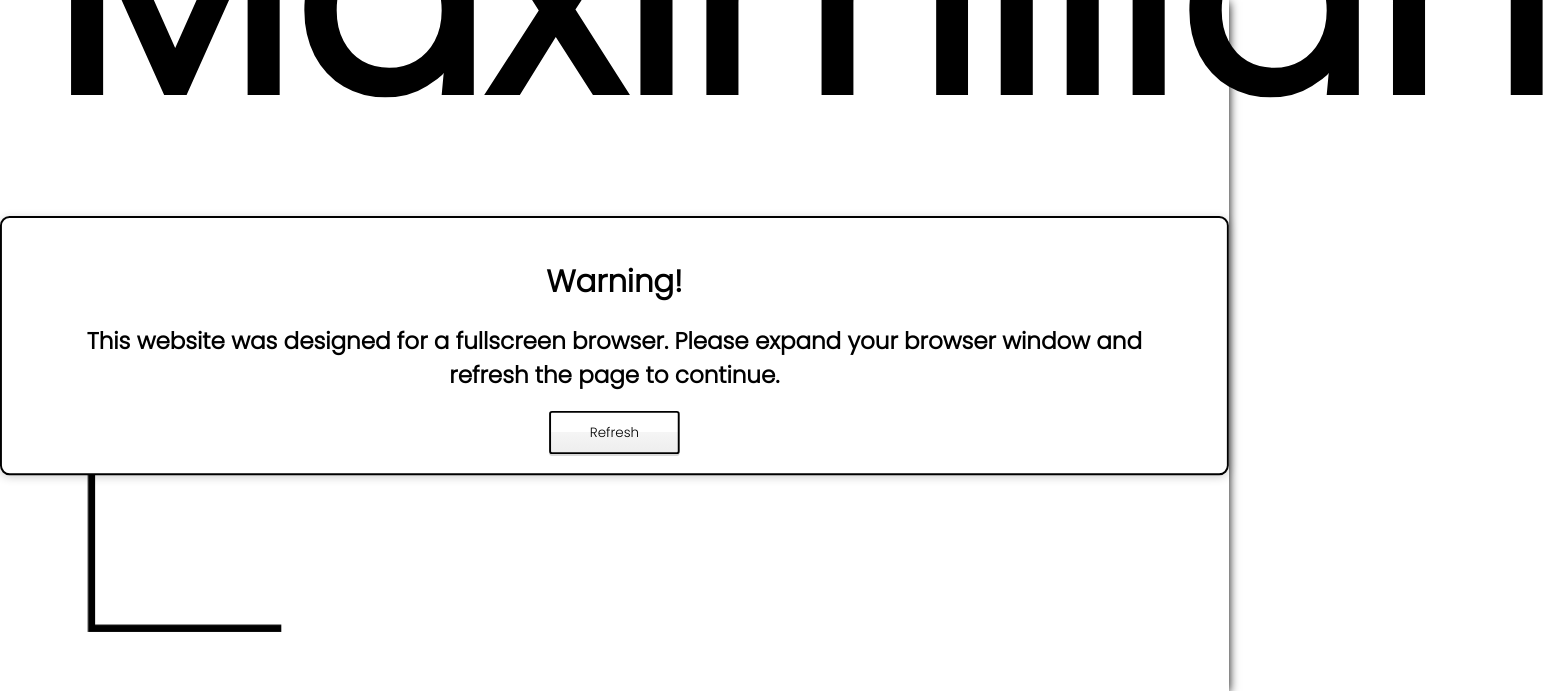
Repository: notMaximilian/maximilianaquino.github.io
Page: index.html
These files come from the project's save history. The page is drawn as it stood at one moment and after the next save; the edit follows.
The browser window is 1280 px wide. The page is 1617 px wide, then 1423 px, so the pictures cover 1617 px, including what lies to the right of the window. The pictures show the whole page, at 96% of full size.

Above is the page before, as saved 2022-02-04 09:46:31.
Console error: TypeError: Cannot read properties of null (reading 'style')

### index.html
<!DOCTYPE html>
<html lang="en">

<head>
  <meta charset="UTF-8">
  <meta name="viewport" content="width=device-width, initial-scale=1.0">
  <title>Max Aquino</title>
  <link rel="preconnect" href="https://fonts.googleapis.com">
  <link rel="preconnect" href="https://fonts.gstatic.com" crossorigin>
  <link href="https://fonts.googleapis.com/css2?family=Poppins:wght@300&display=swap" rel="stylesheet">
  <link rel="stylesheet" href="css/main.css">
</head>

<body>

  <div class="intro">
    <h1 class="name-header">
      <span class="name">Max</span><span class="name">imilian</span>
    </h1>
  </div>


  </div>


  <div class="wrap">
    <div class="game-wrapper">
      <div class="game"></div>

      <h1 id="max">Maximilian</h1>

      <img class="corners" src="img/corner-test.png">

      <div class="congratulations">
        <h1>Warning!</h1>
        <h2>This website was designed for a fullscreen browser. Please expand your browser window and refresh the page to continue. </h2>
        <button class="btn" onclick="window.location.reload()">Refresh</button>
      </div>
      <div class="game-over">
        <h1>GAME OVER</h1>
        <h2>You lost the game</h2>
        <button class="btn" onclick="window.location.reload()">Restart</button>
      </div>
    </div>
  </div>

  <!-- Maximilian Fade in and out -->


  <script src="js/app.js"></script>
  <!-- <script src="js/game.js"></script> -->
</body>

</html>

### css/main.css
html,
body {
  height: 100%;
  overflow: hidden;
}

body {
  margin: 0;
  font: 16px sans-serif;
}

.wrap {
  display: flex;
  flex-direction: column;
  height: 100%;
}


.game-wrapper {
  flex: 1;
  display: flex;
  justify-content: center;
  align-items: center;
  background: #ffffff;
}
.game {
  width: 100%;
  height: 100%;

  box-shadow: 0 2px 10px black;
  position: absolute;
}

@keyframes scroll-background {
  from {
    background-position-y: 0px;
  }
  to {
    background-position-y: 256px;
  }
}

.game .enemy {
  position: absolute;
  margin-left: -20px;
  margin-top: -18px;
  width: 40px;
}

.game .player {
  position: absolute;
  margin-left: -20px;
  width: 40px;
}

.game .laser {
  position: absolute;
  margin-left: -2.5px;
  height: 30px;
}

.game .enemy-laser {
  position: absolute;
  margin-left: -2.5px;
  height: 30px;
}

.congratulations {
  display: none;
  position: absolute;
  background: #ffffff;
  color: black;
  padding: 20px 50px;
  box-shadow: 0 2px 10px rgba(0, 0, 0, 0.2);
  border: 2px solid black;
  border-radius: 10px;
  text-align: center;
  animation: pop-in 1s;
  font-family: "Poppins", sans-serif;
}

.game-over {
  display: none;
  position: absolute;
  background: #6b1818;
  color: white;
  padding: 20px 50px;
  box-shadow: 0 2px 10px rgba(0, 0, 0, 0.2);
  border-radius: 10px;
  text-align: center;
  animation: pop-in 1s;
}

.btn {
  border: 2px solid black;
  border-radius: 3px;
  box-shadow: 0 2px rgba(0, 0, 0, 0.15);
  background: linear-gradient(
    to bottom,
    #fff 0%,
    #fff 49%,
    #f5f5f5 50%,
    #eee 100%
  );
  padding: 10px 40px;
  font-family: "Poppins", sans-serif;
  font-size: 14px;
}
@keyframes pop-in {
  0% {
    opacity: 0;
    transform: translate(0, -100px);
  }
  10% {
    opacity: 1;
  }
  50% {
    transform: translate(0, 30px);
  }
  100% {
    transform: translate(0, 0);
  }
}

.intro{
  position: fixed;
  z-index: 1;
  left: 0;
  top: 0;
  width: 100%;
  height: 100vh;
  background-color: black;
  transition: 1s;
}

.name-header{
  position: absolute;
  top: 40%;
  left: 50%;
  transform: translate(-50%, -50%);
  color: #ffffff;
}

.intro h1{
  font-family: "Poppins", sans-serif;
  font-size: 80px;
  margin: 0;
  padding: 0;
}

.name{
  position: relative;
  display: inline-block;
  bottom: -20px;
  opacity: 0;
}

.name.active{
  bottom: 0;
  opacity: 1;
  transition: ease-in-out 0.5s;
}

.name.fade{
  bottom: 150px;
  opacity: 0;
  transition: ease-in-out 0.5s;
}

.corners{
  width: 16vw;
  height: auto;
  transform: translate(-35vw, 26vh);
}

#max{
  position: absolute;
  left: 50px;
  top: -60vh;
  font-family: "Poppins", sans-serif;
  font-size: 300px;
}

### js/app.js
const KEY_CODE_LEFT = 37;
const KEY_CODE_RIGHT = 39;
const KEY_CODE_SPACE = 32;
let inverted = false;
const WINDOW_WIDTH = window.innerWidth - 50;
const WINDOW_HEIGHT = window.innerHeight;

const ROCKET_WIDTH = 20;
const ROCKET_MAX_SPEED = 300.0;
const LASER_MAX_SPEED = 600.0;
const LASER_COOLDOWN = 0.5;
let rocketSpawn = false;
const HEADERS_PER_ROW = 10;
const HEADER_HORIZONTAL_PADDING = 80;
const HEADER_VERTICAL_PADDING = 70;
const HEADER_VERTICAL_SPACING = 80;
const HEADER_COOLDOWN = 5.0;


const WINDOW_STATE = {
    lastTime: Date.now(),
    leftPressed: false,
    rightPressed: false,
    spacePressed: false,
    rocketX: WINDOW_WIDTH / 2,
    rocketY: WINDOW_HEIGHT - 300,
    rocketCooldown: 0,
    lasers: [],
    headers: [],
    headerLasers: [],
    fullscreen: false
  };

function setSize($element, width){
    $element.style.width = `${width}vw`;
    $element.style.height = "auto";
  }

function setPosition(el, x, y) {
    if(el == null){console.log('NULL')
    return;}
    el.style.transform = `translate(${x}px, ${y}px)`;
}

function setHeaderPosition(el, x, y) {
  if(el == null){console.log('NULL')
  return;}
  el.style.transform = `translate(${x}vw, ${y}vh)`;
}

// create user controlled rocket for selecting header elements
function createRocket($container) {
    rocketSpawn = true;
    const $rocket = document.createElement("img");
    if(inverted == true){$rocket.src = "img/rocket-inverted.png";}
    else{$rocket.src = "img/rocket.png";}
    $rocket.className = "rocket";
    if (WINDOW_WIDTH + 50 == 1920){
      setSize($rocket,9)
    }
    else{
      setSize($rocket, 7)
    }

    WINDOW_STATE.rocketY = 440;
    $container.appendChild($rocket);
}

function destroyRocket($container, rocket) {
    rocketSpawn = false;
    $container.removeChild(rocket);
    WINDOW_STATE.finalState = true;
    const audio = new Audio("sound/sfx-lose.ogg");
    audio.play();
}

function sleep(milliseconds) {
  var start = new Date().getTime();
  for (var i = 0; i < 1e7; i++) {
    if ((new Date().getTime() - start) > milliseconds){
      break;
    }
  }
}


function rectsIntersect(r1, r2) {
    return !(
        r2.left > r1.right ||
        r2.right < r1.left ||
        r2.top > r1.bottom ||
        r2.bottom < r1.top
    );
}



function clamp(v, min, max) {
    if (v < min) {
      return min;
    } else if (v > max) {
      return max;
    } else {
      return v;
    }
}

function rand(min, max) {
    // if (min === undefined) min = 0;
    // if (max === undefined) max = 1;
    // return min + Math.random() * (max - min);
  }

  function updateRocket(dt, $container) {
    if (WINDOW_STATE.leftPressed) {
      WINDOW_STATE.rocketX -= dt * ROCKET_MAX_SPEED;
    }
    if (WINDOW_STATE.rightPressed) {
      WINDOW_STATE.rocketX += dt * ROCKET_MAX_SPEED;
    }



    WINDOW_STATE.rocketX = clamp(
      WINDOW_STATE.rocketX,
      ROCKET_WIDTH,
      WINDOW_WIDTH - ROCKET_WIDTH
    );


    if (WINDOW_STATE.spacePressed && WINDOW_STATE.rocketCooldown <= 0) {
      createLaser($container, WINDOW_STATE.rocketX - 79,  WINDOW_STATE.rocketY-20);
      console.log(WINDOW_STATE.rocketX)
      WINDOW_STATE.rocketCooldown = LASER_COOLDOWN;
    }
    if (WINDOW_STATE.rocketCooldown > 0) {
      WINDOW_STATE.rocketCooldown -= dt;
    }

    const rocket = document.querySelector(".rocket");
    if(rocket == null){return;}
    setPosition(rocket, WINDOW_STATE.rocketX, WINDOW_STATE.rocketY + 200);
  }

  function createLaser($container, x, y) {
    if(rocketSpawn == false) {return;}
    const $element = document.createElement("img");
    console.log($element)
    if(inverted == true){$element.src="img/laser-inverted.png"}
    else{$element.src = "img/laser.png";}
    $element.className = "laser";
    $element.style.position = "absolute"
    $container.appendChild($element);
    const laser = { x, y, $element };
    WINDOW_STATE.lasers.push(laser);
    const audio = new Audio("sound/sfx-laser1.ogg");
    audio.play();
    setPosition($element, x, y);
  }

  function destroyHeader($container, header) {
    $container.removeChild(header.$element);
    header.isDead = true;
  }

  function destroyAll($container){
    const background = document.querySelector(".game-wrapper");
    background.style.background = 'white';
    const headers = WINDOW_STATE.headers;
    for (let x = 0; x < headers.length; x++){
      let head = headers[x];
      if (head.dead == true){continue}
      head.$element.style.opacity = 0;
      head.$element.style.transition = 'ease-in-out 0.5s';
      destroyHeader($container, head)
    }
    // destroyLaser($container, laser);
    const rocket = document.querySelector('.rocket')
    rocket.style.opacity = 0;
    rocket.style.transition = 'ease-in-out 0.5s'
    destroyRocket($container, rocket)
    WINDOW_STATE.lasers = WINDOW_STATE.lasers.filter(e => !e.isDead);
  }

  function updateLasers(dt, $container) {
    if(rocketSpawn == false) {return;}
    const lasers = WINDOW_STATE.lasers;
    for (let i = 0; i < lasers.length; i++) {
      const laser = lasers[i];
      laser.y -= dt * LASER_MAX_SPEED;
      if (laser.y < 0) {
        destroyLaser($container, laser);
      }
      setPosition(laser.$element, laser.x, laser.y);
      const r1 = laser.$element.getBoundingClientRect();
      const headers = WINDOW_STATE.headers;
      for (let j = 0; j < headers.length; j++) {
        const header = headers[j];
        if (header.isDead) continue;
        const r2 = header.$element.getBoundingClientRect();
        if (rectsIntersect(r1, r2)) {
          if (header.name == 'more' || header.name == 'back'){

              for (let x = 0; x < headers.length; x++){
              let head = headers[x];
              if (head.dead == true){continue}
              head.$element.style.opacity = 0;
              head.$element.style.transition = 'ease-in-out 0.5s';
              destroyHeader($container, head)
            }
            destroyLaser($container, laser);

            const rocket = document.querySelector('.rocket')
            rocket.style.opacity = 0;
            rocket.style.transition = 'ease-in-out 0.5s'
            destroyRocket($container, rocket)

            console.log(inverted)
            if(inverted == false){
              setTimeout(()=>{
                initInvert($container)
              },10)
            }
            else{
              setTimeout(()=>{
                init()
              },10)
            }
            WINDOW_STATE.lasers = WINDOW_STATE.lasers.filter(e => !e.isDead);
            return;
          }
        if (header.name == 'project'){
          WINDOW_STATE.fullscreen = false;
        }
          destroyHeader($container, header);

          break;
        }
      }
    }
    WINDOW_STATE.lasers = WINDOW_STATE.lasers.filter(e => !e.isDead);
  }

function destroyLaser($container, laser) {
    console.log('attempting to destroy')
    $container.removeChild(laser.$element);
    laser.isDead = true;
}

function createHeader($container, name, x, y, i, size) {

    let $element = document.createElement("img");
    let img = i;
    $element.src = img;
    $element.className = "header";
    $element.style.position = "absolute";
    setHeaderPosition($element, x, y);
    setSize($element, size)
    $element.style.transition = "all .2s ease-in-out";


    let header = {
        x,
        y,
        cooldown: rand(0.5, HEADER_COOLDOWN),
        $element,
        name,
        dead: false
    };

    // header.$element.addEventListener('mouseenter', ()=>{
    //   if (name == "about"){
    //     $element.style.width = "450px";
    //   }
    //   else if(name == "skills"){
    //     $element.style.width = "230px"
    //   }
    //   else if(name == "project"){
    //     $element.style.width = "350px"
    //   }
    //   else if(name == "more"){
    //     $element.style.width = "250px"
    //   }
    // })

    // header.$element.addEventListener('mouseleave', ()=>{
    //   if (name == "about"){
    //     $element.style.width = "400px"
    //   }
    //   else if(name == "skills"){
    //     $element.style.width = "180px"
    //   }
    //   else if(name == "project"){
    //     $element.style.width = "300px"
    //   }
    //   else if(name == "more"){
    //     $element.style.width = "200px"
    //   }

    // })

    $container.appendChild($element);
    WINDOW_STATE.headers.push(header);
  }

  function updateHeaders(dt, $container) {
    const dx = Math.sin(WINDOW_STATE.lastTime / 1000.0) * 50;
    const dy = Math.cos(WINDOW_STATE.lastTime / 1000.0) * 10;

    const headers = WINDOW_STATE.headers;
    for (let i = 0; i < headers.length; i++) {
      const header = headers[i];
      const x = header.x + dx;
      const y = header.y + dy;
    //   setPosition(header.$element, x, y);
      header.cooldown -= dt;
      if (header.cooldown <= 0) {
        createHeaderLaser($container, x, y);
        header.cooldown = HEADER_COOLDOWN;
      }
    }
    WINDOW_STATE.headers = WINDOW_STATE.headers.filter(e => !e.isDead);
  }



  function createHeaderLaser($container, x, y) {
    const $element = document.createElement("img");
    $element.src = "img/laser-red-5.png";
    $element.className = "header-laser";
    $container.appendChild($element);
    const laser = { x, y, $element };
    WINDOW_STATE.headerLasers.push(laser);
    setPosition($element, x, y);
  }

  function updateheaderLasers(dt, $container) {
    const lasers = WINDOW_STATE.headerLasers;
    for (let i = 0; i < lasers.length; i++) {
      const laser = lasers[i];
      laser.y += dt * LASER_MAX_SPEED;
      if (laser.y > WINDOW_HEIGHT) {
        destroyLaser($container, laser);
      }
      setPosition(laser.$element, laser.x, laser.y);
      const r1 = laser.$element.getBoundingClientRect();
      const rocket = document.querySelector(".rocket");
      const r2 = rocket.getBoundingClientRect();
      if (rectsIntersect(r1, r2)) {
        // Rocket was hit
        destroyRocket($container, rocket);
        break;
      }
    }
    WINDOW_STATE.headerLasers = WINDOW_STATE.headerLasers.filter(e => !e.isDead);
  }

  function init() {
    document.body.style.zoom = (window.innerWidth / window.outerWidth)
    inverted = false;
    const width = WINDOW_WIDTH + 50;
    const background = document.querySelector(".game-wrapper");
    console.log(width);
    if (width >= 1920){
      // background.style.backgroundImage = "url('img/background-white.png')";
      WINDOW_STATE.fullscreen = true;
    }
    else if (width == 1366){
      // background.style.backgroundImage = "url('img/background-white-1366x768.png')";
      WINDOW_STATE.fullscreen = true;
    }
    else{
      WINDOW_STATE.fullscreen == false
      document.querySelector(".congratulations").style.display = "block";
      return;
    }


    const $container = document.querySelector(".game");
    createRocket($container);
    createHeader($container, 'project', 10 -2.5, 20 , 'img/card2.png', 17);
    createHeader($container, 'about', 30 -2.5, 18, 'img/card1.png', 23);
    createHeader($container, 'skills', 56 -2.5, 19.5, 'img/card5.png', 10);
    createHeader($container, 'more', 70 -2.5, 19.5, 'img/card4.png', 10);
  }

  function initInvert($container,x ,y){
    inverted = true;
    const background = document.querySelector(".game-wrapper");
    const width = WINDOW_WIDTH + 50;
    console.log(width)
    if (width >= 1920){
      background.style.backgroundImage = "url('img/background-black.png')";
      WINDOW_STATE.fullscreen = true;
    }
    else if (width == 1366){
      background.style.backgroundImage = "url('img/background-black-1366x768.png')";
      WINDOW_STATE.fullscreen = true;
    }
    else{
      WINDOW_STATE.fullscreen == false
      document.querySelector(".congratulations").style.display = "block";
      return;
    }
    createRocket($container);
    createHeader($container, '2', 10 -2.5, 20 , 'img/inverted-card2.png', 17);
    createHeader($container, '1', 30 -2.5, 18 , 'img/inverted-card1.png', 23);
    createHeader($container, '3', 56 -2.5, 19.5 , 'img/inverted-card5.png', 10);
    createHeader($container, 'back', 70 -2.5, 19.5, 'img/inverted-card4.png', 10);
  }


  function rocketHasWon() {
    // return WINDOW_STATE.headers.length === 0;
  }


  function update(e) {
    const currentTime = Date.now();
    const $container = document.querySelector(".game");

    const dt = (currentTime - WINDOW_STATE.lastTime) / 1000.0;

    if (WINDOW_STATE.fullscreen == false) {
      destroyAll($container)
      // document.querySelector(".congratulations").style.display = "block";

      return;
    }

    // if (rocketHasWon()) {
    //   document.querySelector(".congratulations").style.display = "block";

    //   return;
    // }


    updateRocket(dt, $container);
    updateLasers(dt, $container);
    updateHeaders(dt, $container);
    updateheaderLasers(dt, $container);

    WINDOW_STATE.lastTime = currentTime;
    window.requestAnimationFrame(update);
  }

  function onKeyDown(e) {
    if (e.keyCode === KEY_CODE_LEFT ) {
      WINDOW_STATE.leftPressed = true;
    } else if (e.keyCode === KEY_CODE_RIGHT) {
      WINDOW_STATE.rightPressed = true;
    } else if (e.keyCode === KEY_CODE_SPACE) {
      WINDOW_STATE.spacePressed = true;
    }
  }

  function onKeyUp(e) {
    if (e.keyCode === KEY_CODE_LEFT) {
      WINDOW_STATE.leftPressed = false;
    } else if (e.keyCode === KEY_CODE_RIGHT) {
      WINDOW_STATE.rightPressed = false;
    } else if (e.keyCode === KEY_CODE_SPACE) {
      WINDOW_STATE.spacePressed = false;
    }
  }


intro = document.querySelector('.intro')
let name = document.querySelector('.name-header')
let logoSpan = document.querySelectorAll('.name')

 window.addEventListener('DOMContentLoaded', () =>{

    setTimeout(()=>{
        logoSpan.forEach((span, idx)=>{
            setTimeout(()=>{
                span.classList.add('active')
            }, (idx + 1) * 400)
        })


        setTimeout(()=>{
            logoSpan.forEach((span, idx)=>{
                setTimeout(()=>{
                    span.classList.remove('active')
                    span.classList.add('fade')
                }, (idx + 1) * 400)
            })
        },2000)

        setTimeout(()=>{
            intro.style.top = '-100vh';
            window.addEventListener("keydown", onKeyDown);
            window.addEventListener("keyup", onKeyUp);
            window.requestAnimationFrame(update);
            init();
        }, 2300)

    })
 })

After the next save:
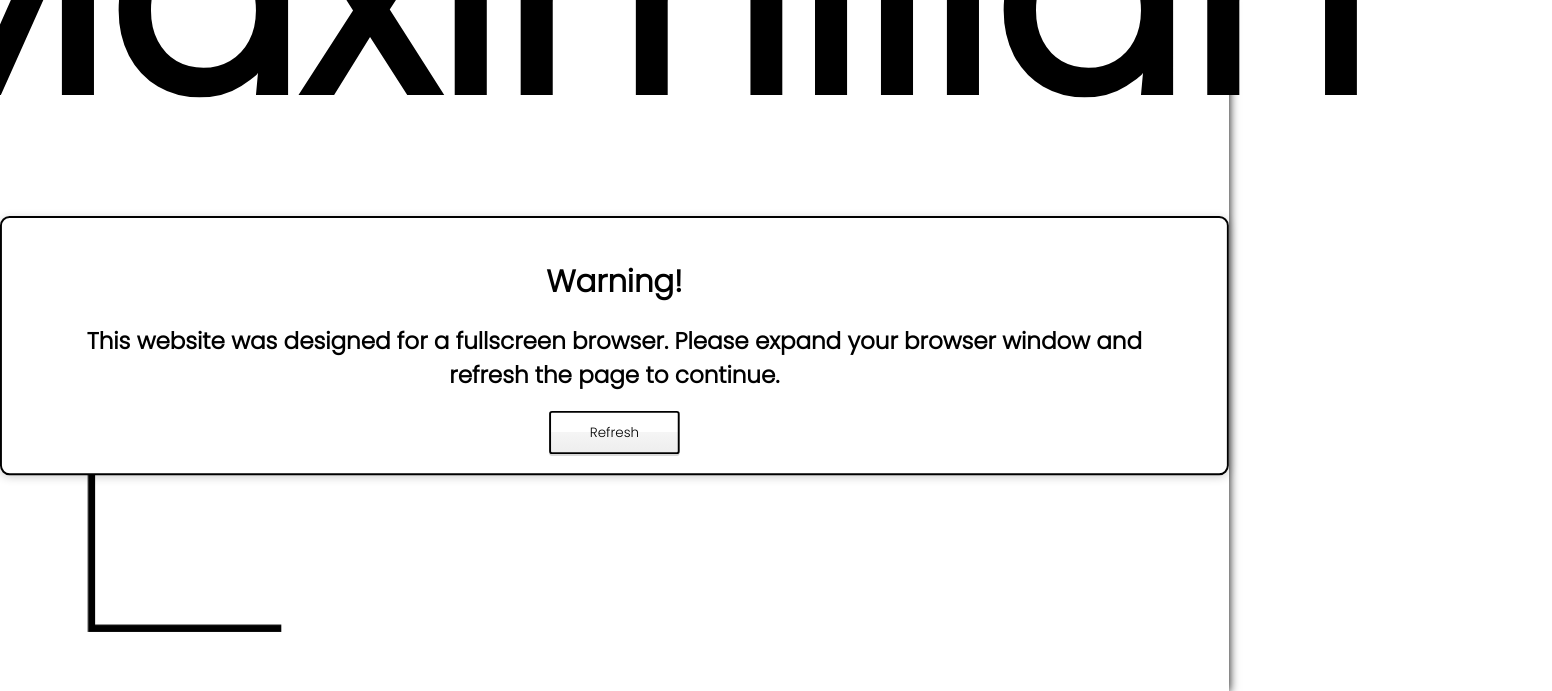
Saved 7 s later.
--- a/css/main.css
+++ b/css/main.css
@@ -175,7 +175,6 @@ body {
 
 #max{
   position: absolute;
-  left: 50px;
   top: -60vh;
   font-family: "Poppins", sans-serif;
   font-size: 300px;
